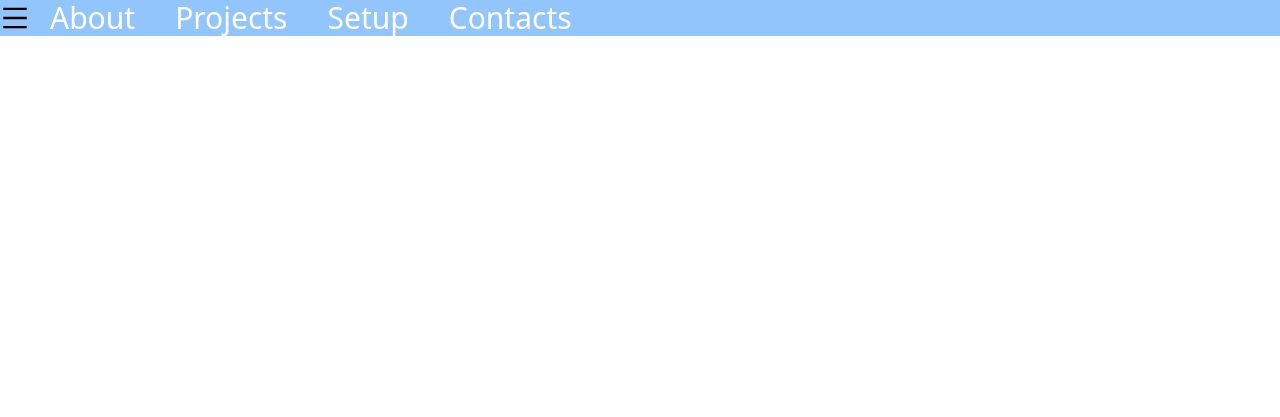
Repository: joshuayanggithub/joshua-yang-website
Page: /
An editor plug-in stored every save of this project. The page is shown before and after the next save, followed by the edit.
The browser window is 1280 px wide. The pictures show the whole page.
The project was rebuilt for these pictures with package versions that can differ from the ones it lists, and the page was loaded fresh each time.

Above is the page before, as saved 2023-01-06 22:11:36.

### public/index.html
<!DOCTYPE html>
<html lang="en">
  <head>
    <meta charset="utf-8" />
    <link rel="icon" href="%PUBLIC_URL%/favicon.ico" />
    <meta name="viewport" content="width=device-width, initial-scale=1" />
    <meta name="theme-color" content="#000000" />
    <meta
      name="description"
      content="Web site created using create-react-app"
    />
    <link rel="apple-touch-icon" href="%PUBLIC_URL%/logo192.png" />
    <!--
      manifest.json provides metadata used when your web app is installed on a
      user's mobile device or desktop. See https://developers.google.com/web/fundamentals/web-app-manifest/
    -->
    <link rel="manifest" href="%PUBLIC_URL%/manifest.json" />
    <!--
      Notice the use of %PUBLIC_URL% in the tags above.
      It will be replaced with the URL of the `public` folder during the build.
      Only files inside the `public` folder can be referenced from the HTML.

      Unlike "/favicon.ico" or "favicon.ico", "%PUBLIC_URL%/favicon.ico" will
      work correctly both with client-side routing and a non-root public URL.
      Learn how to configure a non-root public URL by running `npm run build`.
    -->
    <title>Joshua Yang</title>
  </head>
  <body>
    <noscript>You need to enable JavaScript to run this app.</noscript>
    <div id="root"></div>
    <!--
      This HTML file is a template.
      If you open it directly in the browser, you will see an empty page.

      You can add webfonts, meta tags, or analytics to this file.
      The build step will place the bundled scripts into the <body> tag.

      To begin the development, run `npm start` or `yarn start`.
      To create a production bundle, use `npm run build` or `yarn build`.
    -->
  </body>
</html>

### src/App.js
import NavBar from "./components/NavBar";

function App() {
  return (
    <NavBar />
  );
}

export default App;

### src/components/NavBar.jsx
import React from "react";
import {AiOutlineMenu} from 'react-icons/ai'

const NavBar = () => {
  const links = [
    {'id': 1, 'name': 'About'},
    {'id': 2, 'name': 'Projects'},
    {'id': 3, 'name': 'Setup'},
    {'id': 4, 'name': 'Contacts'}
  ]

  return (
    <div class="flex bg-blue-300 items-center">
      <div>
        <AiOutlineMenu size={30}></AiOutlineMenu>
      </div>

      <ul class="flex">
        {
          links.map((links) =>
            <li>
              <a href='#About' class="text-3xl flex text-white px-5">{links.name}</a>
            </li>
          )
        }
      </ul>

      <div class="bg-blue-800 ">

      </div>
    </div>
  );
};

export default NavBar;

### tailwind.config.js
/** @type {import('tailwindcss').Config} */
module.exports = {
  content: [
    "./src/components/*.{html,js,jsx}",
    "./src/**/*.{html,js,jsx}",
  ],
  theme: {
    extend: {},
  },
  plugins: [],
}

Loaded but not shown: src/index.js (common file); src/index.css (common file)

After the next save:
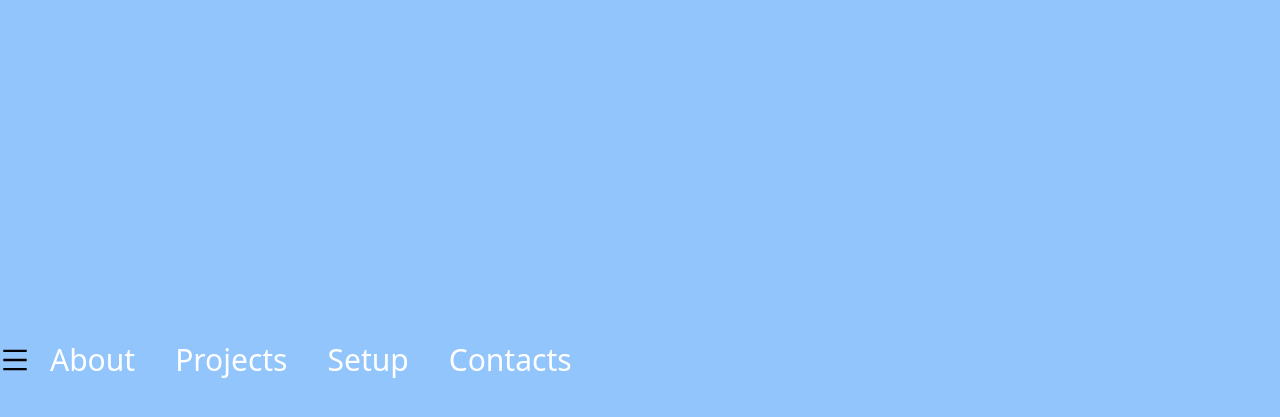
Saved 8 s later.
--- a/src/components/NavBar.jsx
+++ b/src/components/NavBar.jsx
@@ -25,7 +25,7 @@
         }
       </ul>
 
-      <div class="bg-blue-800 ">
+      <div class="bg-blue-800 h-screen">
 
       </div>
     </div>

After the 2 saves that followed:
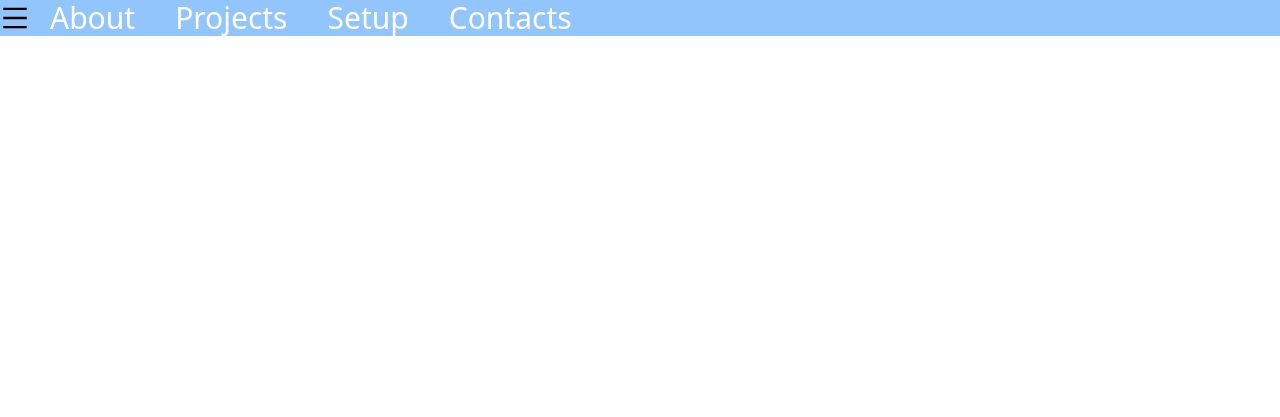
The 2 saves are shown as one change because 1 left the picture as it was.
The last was saved 2 min 31 s later.
--- a/src/components/NavBar.jsx
+++ b/src/components/NavBar.jsx
@@ -25,9 +25,6 @@
         }
       </ul>
 
-      <div class="bg-blue-800 h-screen">
-
-      </div>
     </div>
   );
 };
